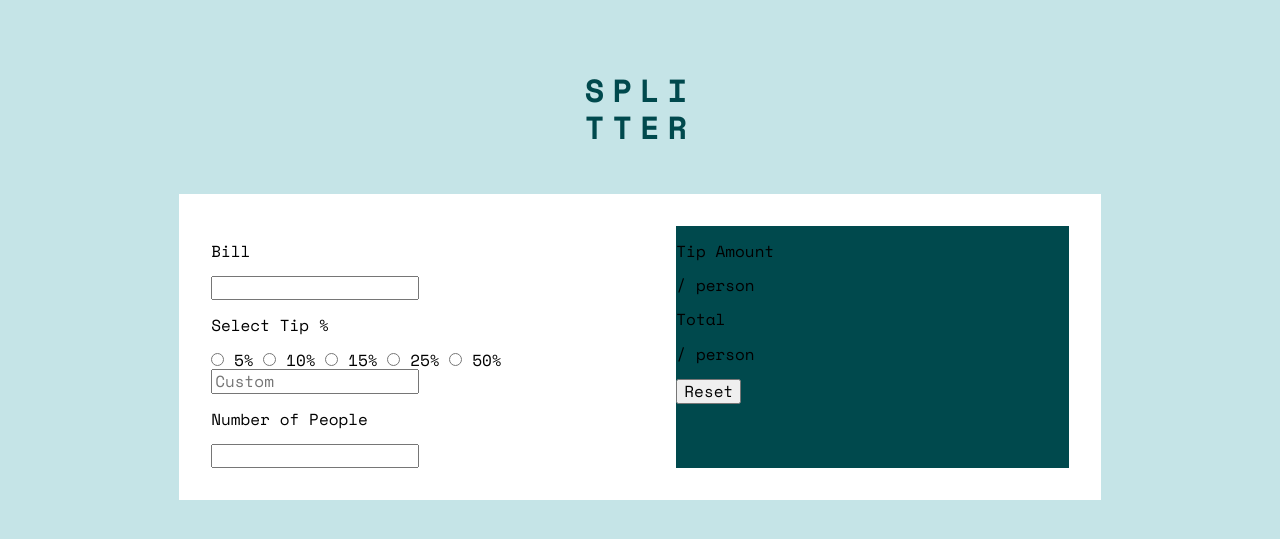
Repository: Jay-JYKim91/FM_tip-calculator
Page: index.html
The author's editor kept a copy of each file at every save. The page is drawn from the files as they stood at one save, then again after the next save.
The browser window is 1280 px wide. The pictures show the whole page.

Above is the page before, as saved 2021-12-21 12:59:26.

After the next save:
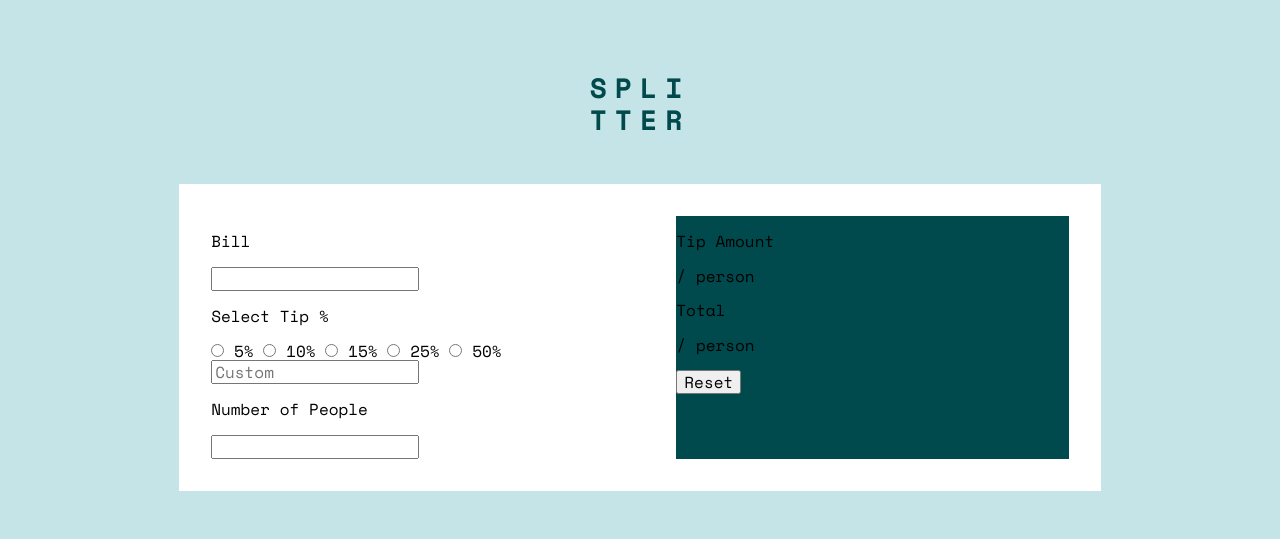
Saved 61 s later.
--- a/style.css
+++ b/style.css
@@ -22,6 +22,7 @@ body {
   text-transform: uppercase;
   letter-spacing: 8px;
   color: var(--very-dark-cyan);
+  font-size: 1.75rem;
 }
 .calculator-wrapper {
   background-color: var(--white);
